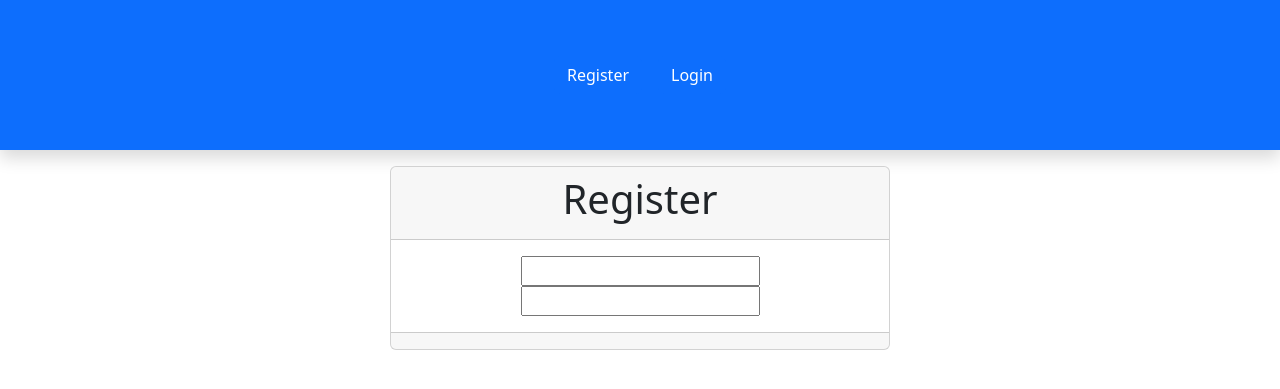
Repository: loveleii/firebase-login-logout
Page: /
An editor plug-in stored every save of this project. The page is shown before and after a run of saves, followed by the edit.
The browser window is 1280 px wide. The pictures show the whole page.
The project was rebuilt for these pictures with package versions that can differ from the ones it lists, and the page was loaded fresh each time. Also part of the build but not shown: vite.config.ts, src/views/loginView.vue, src/assets/main.css.

Above is the page before, as saved 2023-03-04 19:32:50.

After the next 2 saves:
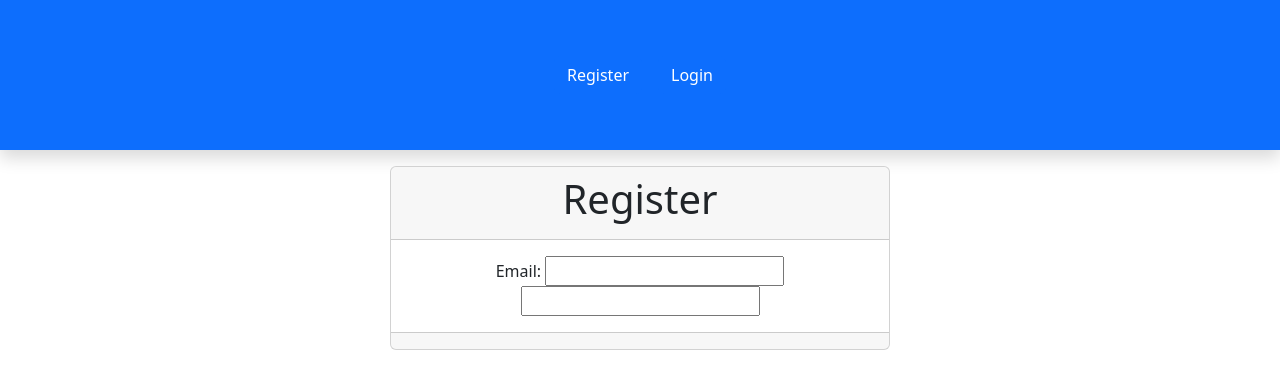
The 2 saves are shown as one change because they came seconds apart.
The last was saved 14 s later.
--- a/src/views/registerView.vue
+++ b/src/views/registerView.vue
@@ -4,7 +4,7 @@
             <h1>Register</h1>
         </div>
         <div class="card-body">
-            <input type="text" name="" id=""> <br>
+            Email: <input type="text" name="" id=""> <br>
             <input type="text" name="" id="">
 
         </div>
